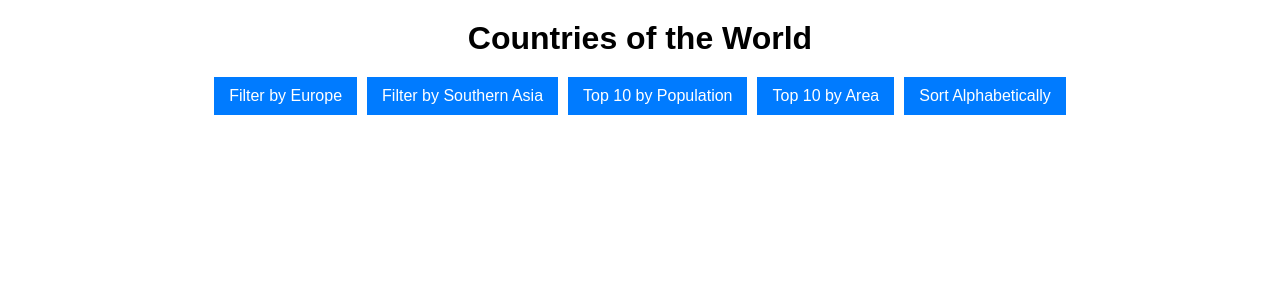
Repository: GavinPahal/Labweek10
Page: /
An editor plug-in stored every save of this project. The page is shown before and after the next save, followed by the edit.
The browser window is 1280 px wide. The pictures show the whole page.
The page's requests for data from a server got no answer. The project was rebuilt for these pictures with package versions that can differ from the ones it lists, and the page was loaded fresh each time. No one was signed in, and anything a server would have sent is missing. Also part of the build but not shown: vite.config.js, src/components/Country.jsx.

Above is the page before, as saved 2024-11-08 23:11:39.

After the next save:
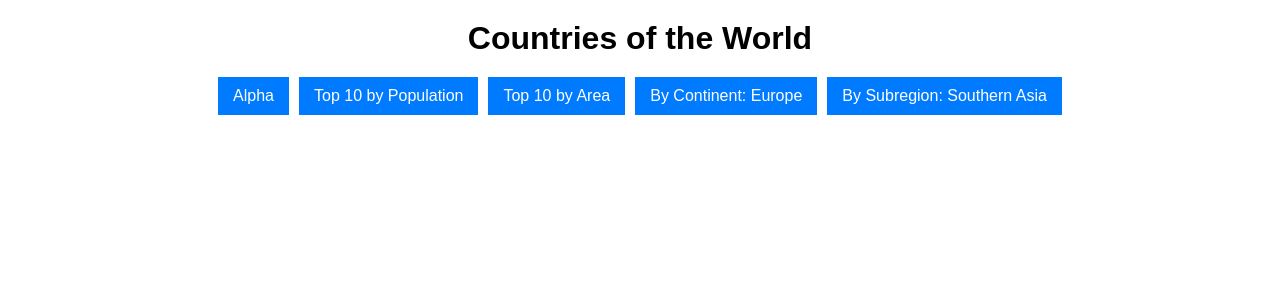
Saved 3 min 27 s later.
--- a/src/App.jsx
+++ b/src/App.jsx
@@ -44,11 +44,11 @@ function App() {
     <div className="app">
       <h1>Countries of the World</h1>
       <div className="filters">
-        <button onClick={() => filterByContinent('Europe')}>Filter by Europe</button>
-        <button onClick={() => filterBySubregion('Southern Asia')}>Filter by Southern Asia</button>
+        <button onClick={sortAlphabetically}>Alpha</button>
         <button onClick={() => top10('population')}>Top 10 by Population</button>
         <button onClick={() => top10('area')}>Top 10 by Area</button>
-        <button onClick={sortAlphabetically}>Sort Alphabetically</button>
+        <button onClick={() => filterByContinent('Europe')}>By Continent: Europe</button>
+        <button onClick={() => filterBySubregion('Southern Asia')}>By Subregion: Southern Asia</button>
       </div>
       <Countries countries={filteredCountries} />
     </div>
